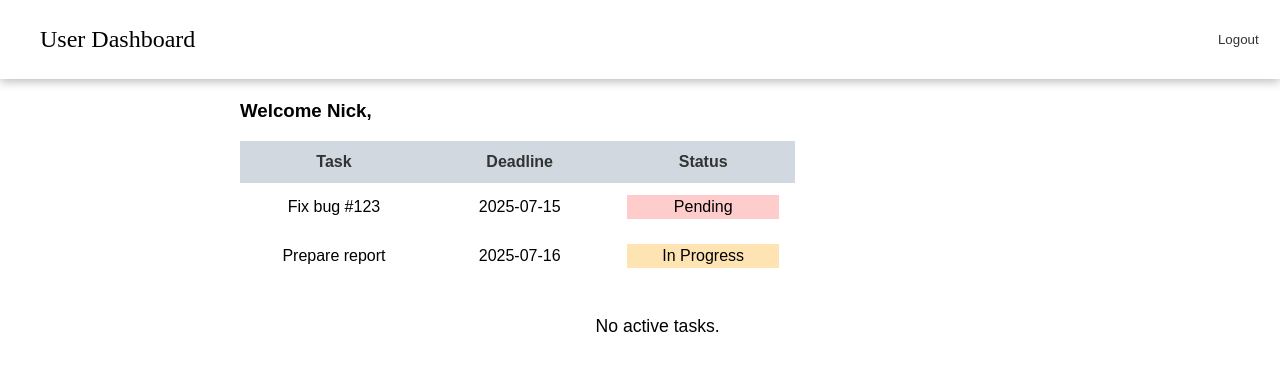
Repository: Edmund-Kiama/todoPHP
Page: /user (app in task-manager-frontend/)
An editor plug-in stored every save of this project. The page is shown before and after the next save, followed by the edit.
The browser window is 1280 px wide. The pictures show the whole page.
The project was rebuilt for these pictures with package versions that can differ from the ones it lists, and the page was loaded fresh each time. Also part of the build but not shown: task-manager-frontend/vite.config.js, task-manager-frontend/src/components/Auth/login.css, task-manager-frontend/src/components/Auth/Login.vue, task-manager-frontend/src/components/Admin/admin.css, task-manager-frontend/src/components/Admin/AdminDashboard.vue, task-manager-frontend/src/components/Auth/signup.css, task-manager-frontend/src/components/Auth/Signup.vue.

Above is the page before, as saved 2025-07-12 23:25:07.

### task-manager-frontend/src/App.vue
<script setup>
  import Navbar from './components/Navbar/Navbar.vue';
  import { store } from './store';
</script>

<template>
  <Navbar />
  <router-view />
</template>

### task-manager-frontend/src/router/index.js
import { createRouter, createWebHistory } from 'vue-router';
import Login from '../components/Auth/Login.vue';
import AdminDashboard from '../components/Admin/AdminDashboard.vue';
import UserDashboard from '../components/User/UserDashboard.vue';
import Signup from '../components/Auth/Signup.vue';

const routes = [
  { path: '/', name: 'Login', component: Login },
  { path: '/signup', name: 'Signup', component: Signup },
  { path: '/admin', name: 'AdminDashboard', component: AdminDashboard },
  { path: '/user', name: 'UserDashboard', component: UserDashboard }
];

const router = createRouter({
  history: createWebHistory(),
  routes
});

export default router;

### task-manager-frontend/src/components/Navbar/Navbar.vue

<template>
  <nav v-if="store.user.loggedIn" class="navbar">
    <ul>
      <li v-if="user.role === 'admin'">Admin Dashboard</li>
      <li v-if="user.role === 'user'">User Dashboard</li>
      <li><button @click="logout">Logout</button></li>
    </ul>
  </nav>
</template>

<script setup>
  import "./nav.css"
  import { store } from '../../store'
  import { useRouter } from 'vue-router'

  const router = useRouter()

  const user = store.user
  if (!user.loggedIn) router.push('/')

  function logout() {
    store.user.role = null
    store.user.loggedIn = false
    localStorage.removeItem('token')
    router.push('/')
  }
</script>

### task-manager-frontend/src/store.js
import { reactive } from 'vue'

export const store = reactive({
  user: {
    role: "user",
    loggedIn: true,
    username: "Nick"
  },
})

### task-manager-frontend/src/components/User/UserDashboard.vue
<script setup>
  import './user.css'
  import { ref, computed } from 'vue';
  import { store } from '../../store';

  // Mocked logged-in user
  const currentUser = 'user@example.com';
  const user = store.user

  // Mocked task list — in a real app, fetch from backend
  const allTasks = ref([
    { title: 'Fix bug #123', user: 'user@example.com', deadline: '2025-07-15', status: 'Pending' },
    { title: 'Prepare report', user: 'user@example.com', deadline: '2025-07-16', status: 'In Progress' },
    { title: 'Update Docs', user: 'bob@example.com', deadline: '2025-07-17', status: 'Pending' }
  ]);

  const userTasks = computed(() =>
    allTasks.value.filter(task => task.user === currentUser)
  );
  const activeTasks = computed(() => userTasks.value.filter(t => t.status !== 'Completed'))
  const completedTasks = computed(() => userTasks.value.filter(t => t.status === 'Completed'))

  function nextStatus(status) {
    if (status === 'Pending') return 'In Progress';
    if (status === 'In Progress') return 'Completed';
    return '';
  }

  function advanceStatus(index) {
    const task = userTasks.value[index];
    if (task.status === 'Pending') {
      task.status = 'In Progress';
    } else if (task.status === 'In Progress') {
      task.status = 'Completed';
    }
  }
  function statusClass(status) {
    return {
      'status-completed': status === 'Completed',
      'status-inprogress': status === 'In Progress',
      'status-pending': status === 'Pending',
    }
  }
</script>
<template>
    <div class="user-dashboard">
  <section>
    <h3>Welcome {{ user.username }},</h3>

    <!-- Active Tasks Table -->
    <table >
      <thead>
        <tr>
          <th>Task</th><th>Deadline</th><th>Status</th>
        </tr>
      </thead>
      <tbody>
        <tr v-for="(task, index) in activeTasks" :key="index">
          <td>{{ task.title }}</td>
          <td>{{ task.deadline }}</td>
          <td><div :class="statusClass(task.status)">{{ task.status }}</div></td>
          <td>
            <button @click="advanceStatus(index)">
              Mark as {{ nextStatus(task.status) }}
            </button>
          </td>
        </tr>
      </tbody>
    </table>

    <div v-if="activeTasks !== 0" class="no-tasks">
      <p>No active tasks.</p>
    </div>

    <!-- Completed Tasks Table -->
    <h4 v-if="completedTasks.length" style="margin-top: 2rem;">Completed Tasks</h4>
    <table v-if="completedTasks.length">
      <thead>
        <tr>
          <th>Task</th><th>Deadline</th><th>Status</th>
        </tr>
      </thead>
      <tbody>
        <tr v-for="(task, index) in completedTasks" :key="index">
          <td>{{ task.title }}</td>
          <td>{{ task.deadline }}</td>
          <td><div :class="statusClass(task.status)">{{ task.status }}</div></td>
        </tr>
      </tbody>
    </table>
  </section>
</div>

</template>

### task-manager-frontend/src/components/Navbar/nav.css
.navbar {
    background-color: white;
    margin: 0;
    padding: 0;
    position: fixed;
    box-shadow: 0 2px 10px rgba(0, 0, 0, 0.3);
    width: 100%;
    top: 0;
    left: 0;
    right: 0;
}
.navbar ul {
    display: flex;
    justify-content: space-between;
    align-items: center;
    gap: 1rem;
    list-style: none;
    font-size: 1.5em;
}
.navbar ul li {
    display: flex;
    align-items: center;
}
.navbar button {
    text-decoration: none;
    background: none;
    border: none;
    padding: 0.5rem;
    border-radius: 5px;
    color: #333;
    transition: all;
    transition-duration: 300ms;
    cursor: pointer;
    margin-right: 1em;
}
.navbar button:hover {
    background-color:  #3498db;
    color: white;
}

### task-manager-frontend/src/components/User/user.css
.user-dashboard {
    max-width: 800px;
    margin: 2rem auto;
    margin-top: 100px;
    margin-bottom: 150px;
    font-family: Arial, sans-serif;
}

.user-dashboard table {
    width: 100%;
    border-collapse: collapse;
    margin-top: 1rem;
    font-family: sans-serif;
    border: none; /* remove outer border */
}
.user-dashboard th,
.user-dashboard td {
    padding: 0.75rem 1rem;
    text-align: center;
    border: none; /* remove inner lines */
    vertical-align: middle;
    min-width: 100px;
}

.user-dashboard th {
    background-color: #d1d8df;
    font-weight: bold;
    color: #333;
}

.user-dashboard td button {
    visibility: hidden;
    background-color: #4DA2F7;
    color: white;
    border: none;
    padding: 5px 10px;
    margin-right: 5px;
    border-radius: 4px;
    cursor: pointer;
    transition: background-color 0.2s ease;
}

.user-dashboard button:hover {
    background-color: #1c74d9;
}

.user-dashboard tr:hover td button {
    visibility: visible;
}

.user-dashboard tr:hover {
    background-color: #f0f8ff;
}
.user-dashboard .status-completed {
    background-color: rgba(0, 128, 0, 0.189);
    text-align: center;
    padding: 0.2em;
}

.user-dashboard .status-inprogress {
    text-align: center;
    background-color: rgba(255, 166, 0, 0.297);
    padding: 0.2em;
}

.user-dashboard .status-pending {
    text-align: center;
    background-color: rgba(255, 0, 0, 0.2);
    padding: 0.2em;
}
.user-dashboard .no-tasks {
    text-align: center;
    width: 100%;
    font-size: 1.1em;
    padding: 1em;
  }

Loaded but not shown: task-manager-frontend/index.html (common file); task-manager-frontend/src/main.js (common file)

After the next save:
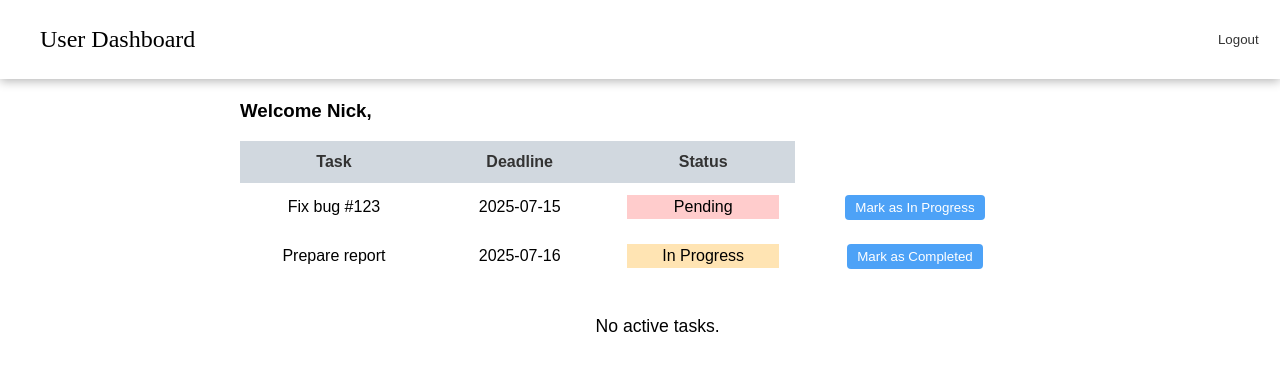
Saved 11 min 41 s later.
--- a/task-manager-frontend/src/components/User/user.css
+++ b/task-manager-frontend/src/components/User/user.css
@@ -29,7 +29,6 @@
 }
 
 .user-dashboard td button {
-    visibility: hidden;
     background-color: #4DA2F7;
     color: white;
     border: none;

After the save that followed:
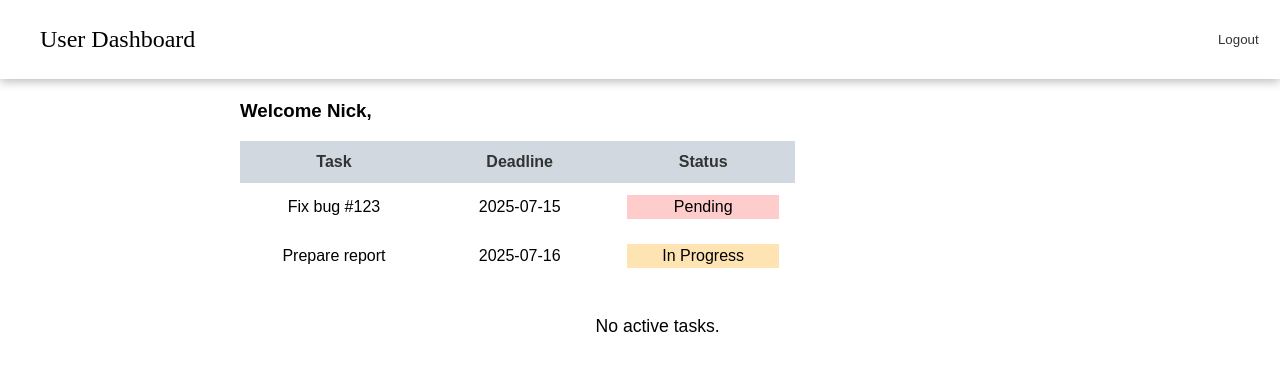
Saved 19 s later.
--- a/task-manager-frontend/src/components/User/user.css
+++ b/task-manager-frontend/src/components/User/user.css
@@ -29,6 +29,7 @@
 }
 
 .user-dashboard td button {
+    visibility: hidden;
     background-color: #4DA2F7;
     color: white;
     border: none;
@@ -43,9 +44,9 @@
     background-color: #1c74d9;
 }
 
-.user-dashboard tr:hover td button {
+/* .user-dashboard tr:hover td button {
     visibility: visible;
-}
+} */
 
 .user-dashboard tr:hover {
     background-color: #f0f8ff;
